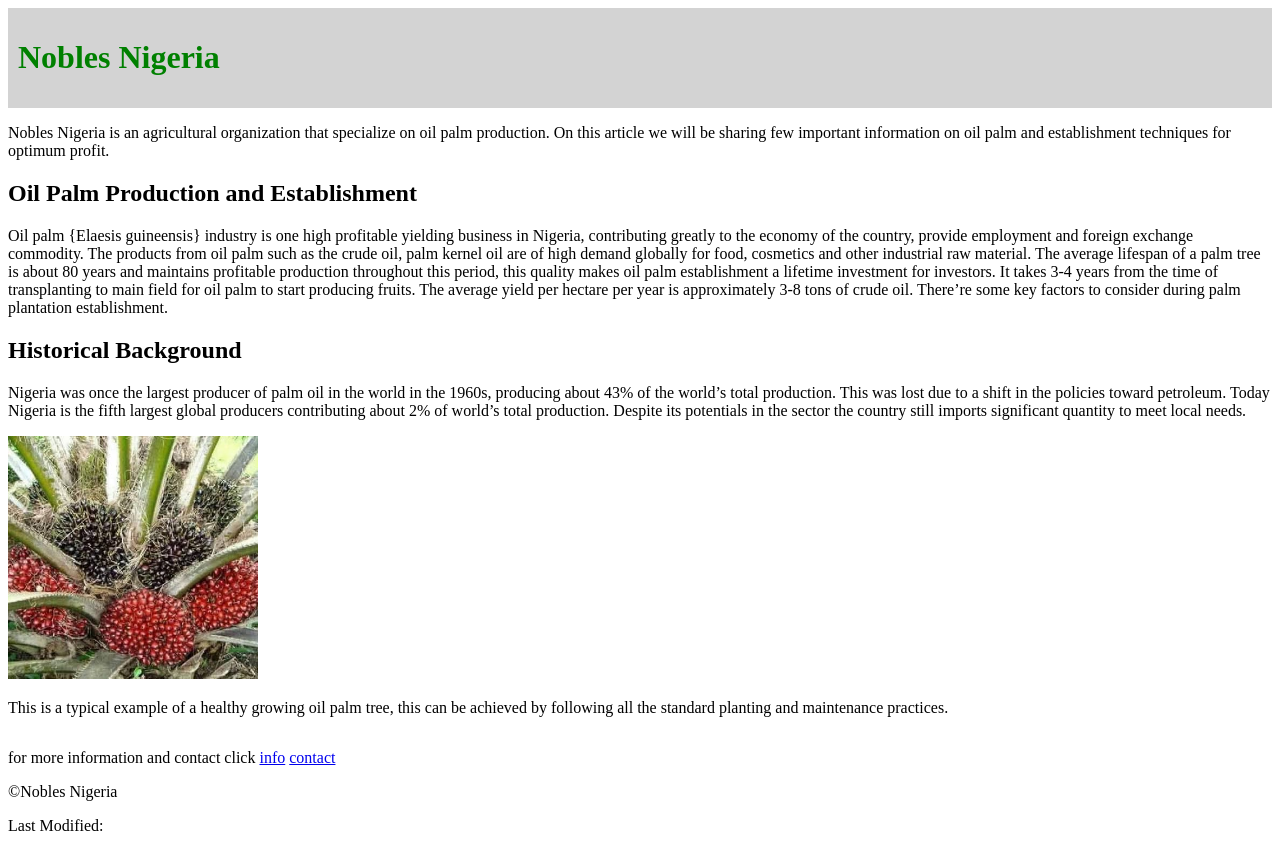
Repository: NoblesNigeria/wdd131
Page: wdd131-project/course-project.html
These files come from the project's save history. The page is drawn as it stood at one moment and after a run of saves; the edit follows.
The browser window is 1280 px wide. The pictures show the whole page.

Above is the page before, as saved 2025-12-03 14:00:03.

### wdd131-project/course-project.html
<!DOCTYPE html>
<html lang="en">
<head>
    <meta charset="UTF-8">
    <meta name="viewport" content="width=device-width, initial-scale=1.0">
    <title>WDD 131 Course Project</title>
    <meta name="author" content="Nwose Anthony">
    <meta name="description" content="WDD 131 end of course project, It help students to independently practice some skills gained during the course.  ">
    <link rel="stylesheet" href="styles/course-project.css">
    <link rel="stylesheet" href="styles/course-project-large.css">
    <link src="scripts/course-project.js">
</head>
<body>
    <header>
        <h1>Nobles Nigeria</h1>
    </header>
    <main>
        <p><span>Nobles Nigeria </span>is an agricultural organization that specialize on oil palm production. On this article we will be sharing few important information on oil palm and establishment techniques for optimum profit. </p>
        <h2>Oil Palm Production and Establishment</h2>
        <p>Oil palm {Elaesis guineensis} industry is one high profitable yielding
business in Nigeria, contributing greatly to the economy of the
country, provide employment and foreign exchange commodity. The
products from oil palm such as the crude oil, palm kernel oil are of
high demand globally for food, cosmetics and other industrial raw
material. The average lifespan of a palm tree is about 80 years and
maintains profitable production throughout this period, this quality
makes oil palm establishment a lifetime investment for investors. It
takes 3-4 years from the time of transplanting to main field for oil
palm to start producing fruits. The average yield per hectare per year
is approximately 3-8 tons of crude oil. There’re some key factors to
consider during palm plantation establishment.</p>
        <h2>Historical Background</h2>
        <p>Nigeria was once the largest producer of palm oil in the world in the
1960s, producing about 43% of the world’s total production. This
was lost due to a shift in the policies toward petroleum. Today
Nigeria is the fifth largest global producers contributing about 2% of
world’s total production. Despite its potentials in the sector the
country still imports significant quantity to meet local needs.</p>
        <aside>
            <img src="images/teneratree.jpg" width="250" height="auto">
            <p>This is a typical example of a healthy growing oil palm tree, this can be achieved by following all the standard planting and maintenance practices. </p>
        </aside>
    </main>
    <footer>
        <p>for more information and contact click <a href="#">info</a> <a href="#">contact</a></p>
        <p>&copy;<span id="current-year"></span>Nobles Nigeria</p>
        <p>Last Modified:<span id="lastModified"></span></p>
    </footer>
</body>
</html>

### wdd131-project/styles/course-project-large.css
body{
    display :grid;
    grid-template-columns: (3 1fr);
}
header{
    background-color: lightgray ;
}
h1{
    color:green;
    padding: 10px;
    text-align: ;

}

Loaded but not shown: wdd131-project/styles/course-project.css (no copy from this time; the picture is the same without it)

After the next 3 saves:
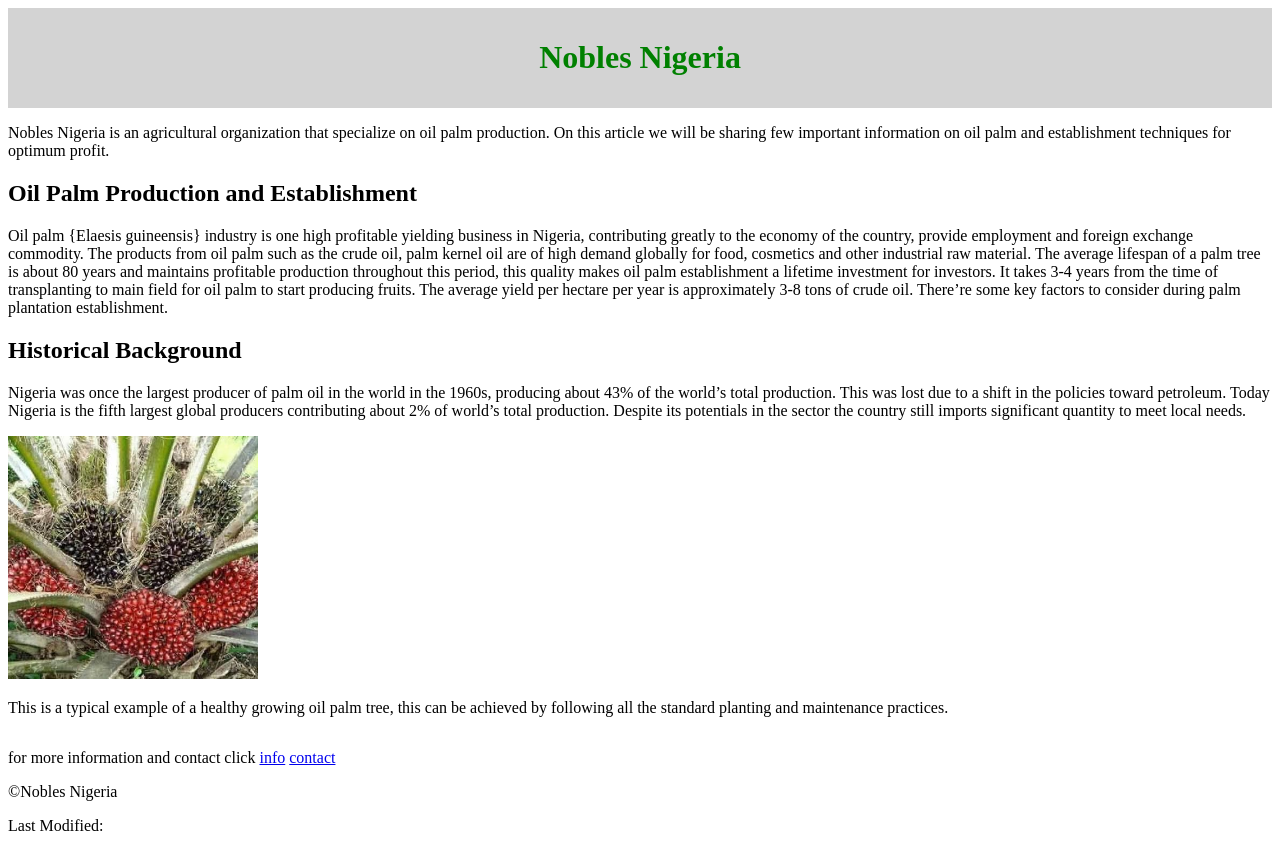
The 3 saves are shown as one change because they came seconds apart.
The last was saved 9 s later.
--- a/wdd131-project/styles/course-project-large.css
+++ b/wdd131-project/styles/course-project-large.css
@@ -8,6 +8,6 @@ header{
 h1{
     color:green;
     padding: 10px;
-    text-align: ;
+    text-align: center;
 
 }
